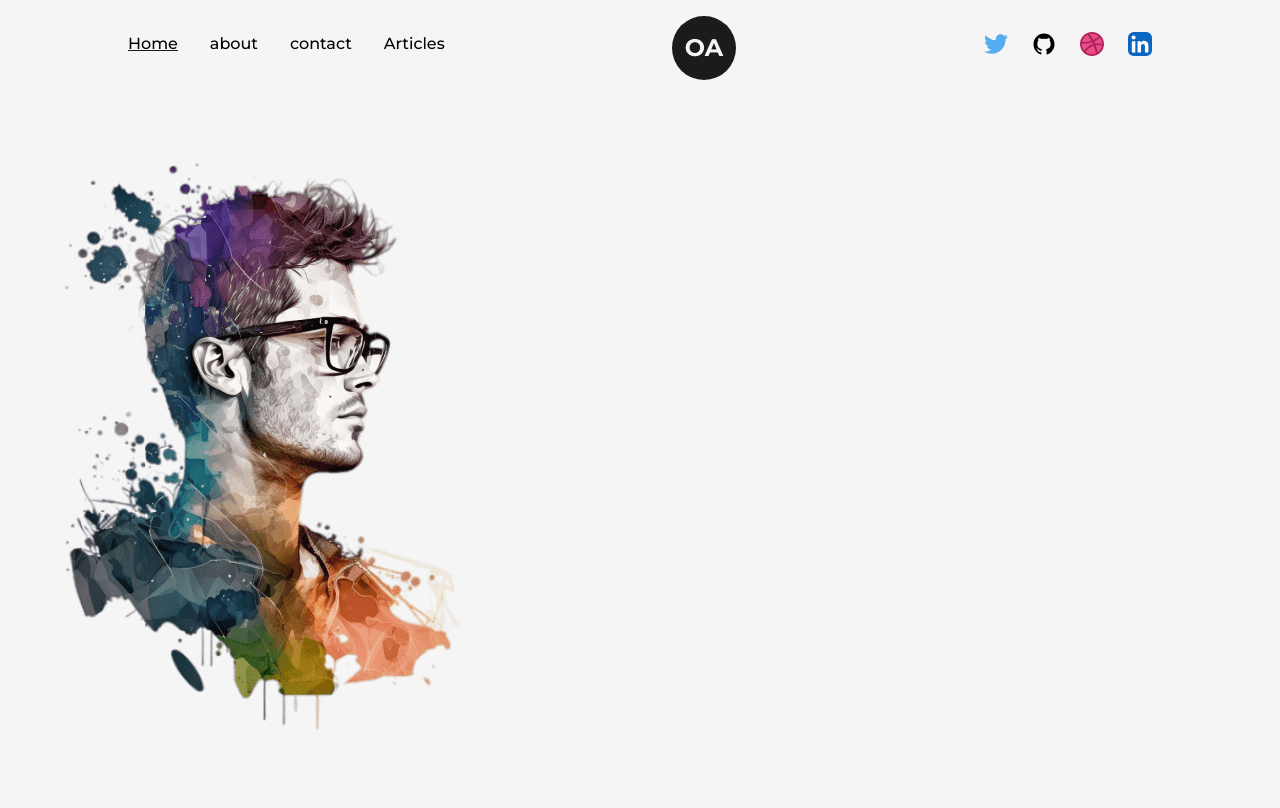
Repository: OussamaAbderraoufAttia/Next.js-Developer-Portfolio
Page: /
The author's editor kept a copy of each file at every save. The page is drawn from the files as they stood at one save, then again after the next save.
The browser window is 1280 px wide. The pictures show the whole page.
The project was rebuilt for these pictures with package versions that can differ from the ones it lists, and the page was loaded fresh each time. The framework's server and built-in components were replaced by stand-ins that run in the browser. Also part of the build but not shown: next.config.js.

Above is the page before, as saved 2023-06-24 22:59:45.

### src/pages/_app.js
import NavBar from '@/components/NavBar'
import '@/styles/globals.css'
import { Montserrat } from 'next/font/google'
import Head from 'next/head'


const montserrat = Montserrat({
  subsets: ['latin'],
  variable: "--font-mont"
})
export default function App({ Component, pageProps }) {
  return (
    <>
    <Head>
      <meta name="viewport" content="width=device-width, initial-scale=1" />
      <link rel="icon" href="/favicon.ico" />
    </Head>
    <main className={`${montserrat.variable} font-mont bg-light w-full min-h-screen`}>
      <NavBar />
      <Component {...pageProps} />
    </main>
    </>
  )
}

### src/pages/index.js
import Head from 'next/head';
import Layout from '@/components/Layout';
import Image from 'next/image';
import developerPic from '../../public/images/profile/developer-pic-1.png';

export default function Home() {
  return (
    <>
      <Head>
        <title>Oussama Abderraouf ATTIA</title>
        <meta name="description" content="Oussama Abderraouf ATTIA, 2CP student at ESI Algiers" />
      </Head>
      <main className="flex items-center text-dark w-full min-h-screen">
        <Layout>
          <div className="flex  items-center justify-between w-full">
            <div>
              <Image src={developerPic} alt="Oussama Abderraouf ATTIA" className="w-full h-auto" />
            </div>
          </div>
        </Layout>
      </main>
    </>
  );
}

### src/components/NavBar.js
import Link from "next/link";
import React from "react";
import { useRouter } from "next/router";
import Logo from "./Logo";
import   { TwitterIcon, DribbbleIcon, GithubIcon, LinkedInIcon, PinterestIcon } from "./Icons";
import { motion } from "framer-motion";

const CustomLink = ({ href, title, className="" }) => {
    const router = useRouter();
    return (
        <Link href={href} className= {`${className} relative group `}>
            {title }
            <span className={`h-[1px] inline-block bg-dark absolute left-0 bottom-0.5 group-hover:w-full
            transiion-[width] ease duration-300 ${router.asPath === href ? "w-full" : "w-0" }
            `}> &nbsp; </span>
        </Link>
    )
}


const NavBar = () => {
    return (
        <header className="w-full px-32 py-8 font-medium flex items-center justify-between">
            <nav>
                <CustomLink href="/"  title="Home" className="mr-4"/>
                <CustomLink href="/about" title="about" className="mx-4"/>
                <CustomLink href="/contact"  title="contact" className="mx-4"/>
                <CustomLink href="/Articles"  title="Articles" className="ml-4"/>
            </nav>

            <nav className="flex item-center justify-center flex-wrap">
                <motion.a href="https://twitter.com/oussamaattia245" target={"_blank"}
                whileHover={{ y:-5  }}
                whileTap={{ scale: 0.9 }}
                className="w-6 mx-3"
                >
                    <TwitterIcon />
                 </motion.a>
                <motion.a href="https://github.com/OussamaAbderraoufAttia" target={"_blank"}
                whileHover={{ y:-5  }} whileTap={{ scale: 0.9 }}
                className="w-6 mx-3"
                > <GithubIcon /> </motion.a>
                <motion.a href="https://dribbble.com/JohnLoyd" target={"_blank"}
                whileHover={{ y:-5  }} whileTap={{ scale: 0.9 }}
                className="w-6 mx-3"
                > <DribbbleIcon /> </motion.a>
                <motion.a href="https://www.linkedin.com/in/oussama-abderraouf-attia-494b32225/" target={"_blank"}
                whileHover={{ y:-5  }} whileTap={{ scale: 0.9 }}
                className="w-6 ml-3"
                > <LinkedInIcon /> </motion.a>

            </nav>
            <div className="absolute left-[50%] top-2    translate-x-[50%]">
                 <Logo />
            </div>
        </header>
    )
}

export default NavBar;

### src/components/Layout.js
import React from 'react';

const Layout = ({ children, className = "" }) => {
  return (
    <div className={` w-full h-full inline-block z-0 bg-light ${className}`}>
      {children}
    </div>
  );
};

export default Layout;

### src/components/Logo.js
import React from "react";
import Link from "next/link";
import { motion } from "framer-motion";



const MotionLink = motion(Link);
const Logo = () => {
  return (
    <div className="flex items-center justify-center mt-2">
      <MotionLink
        href="/"
        className="w-16 h-16 bg-dark text-light flex items-center justify-center rounded-full font-bold text-2xl"
        whileHover={{
            backgroundColor:["#121212", "rgba(131,58,180,1)","rgba(253,29,29,1)","rgba(252,176,69,1)","rgba(131,58,180,1)", "#121212"],
          transition: {
            duration: 1,
            repeat: Infinity,
          },
        }}
      >
        OA
      </MotionLink>
    </div>
  );
};

export default Logo;

### tailwind.config.js
/** @type {import('tailwindcss').Config} */
const {fontFamily} = require('tailwindcss/defaultTheme')

module.exports = {
  content: [
    // Or if using `src` directory:
    "./src/**/*.{js,ts,jsx,tsx,mdx}",
  ],
  theme: {
    extend: {
      fontFamily: {
        mont: ['var(--font-mont)', 'sans-serif'],
      },
        colors: {
          dark: "#1b1b1b",
          light: "#f5f5f5",
          primary: "#B63E96", // 240,86,199
          primaryDark: "#58E6D9", // 80,230,217
      },
    },
  },
  plugins: [],
}

Loaded but not shown: src/pages/_document.js (common file); src/styles/globals.css (common file); src/components/Icons.js (483 lines, source omitted)

After the next save:
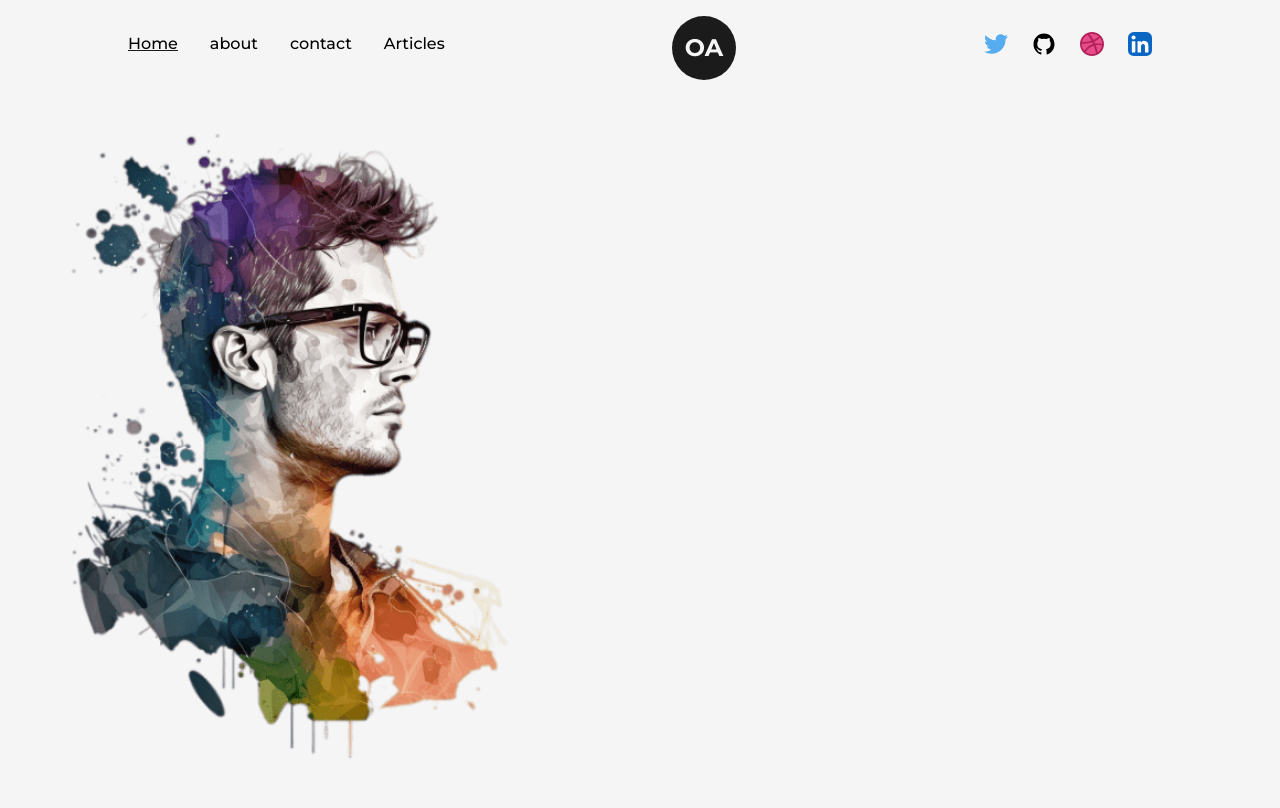
Saved 31 s later.
--- a/src/pages/index.js
+++ b/src/pages/index.js
@@ -13,7 +13,7 @@
       <main className="flex items-center text-dark w-full min-h-screen">
         <Layout>
           <div className="flex  items-center justify-between w-full">
-            <div>
+            <div className='w-1/2'>
               <Image src={developerPic} alt="Oussama Abderraouf ATTIA" className="w-full h-auto" />
             </div>
           </div>

After the save that followed:
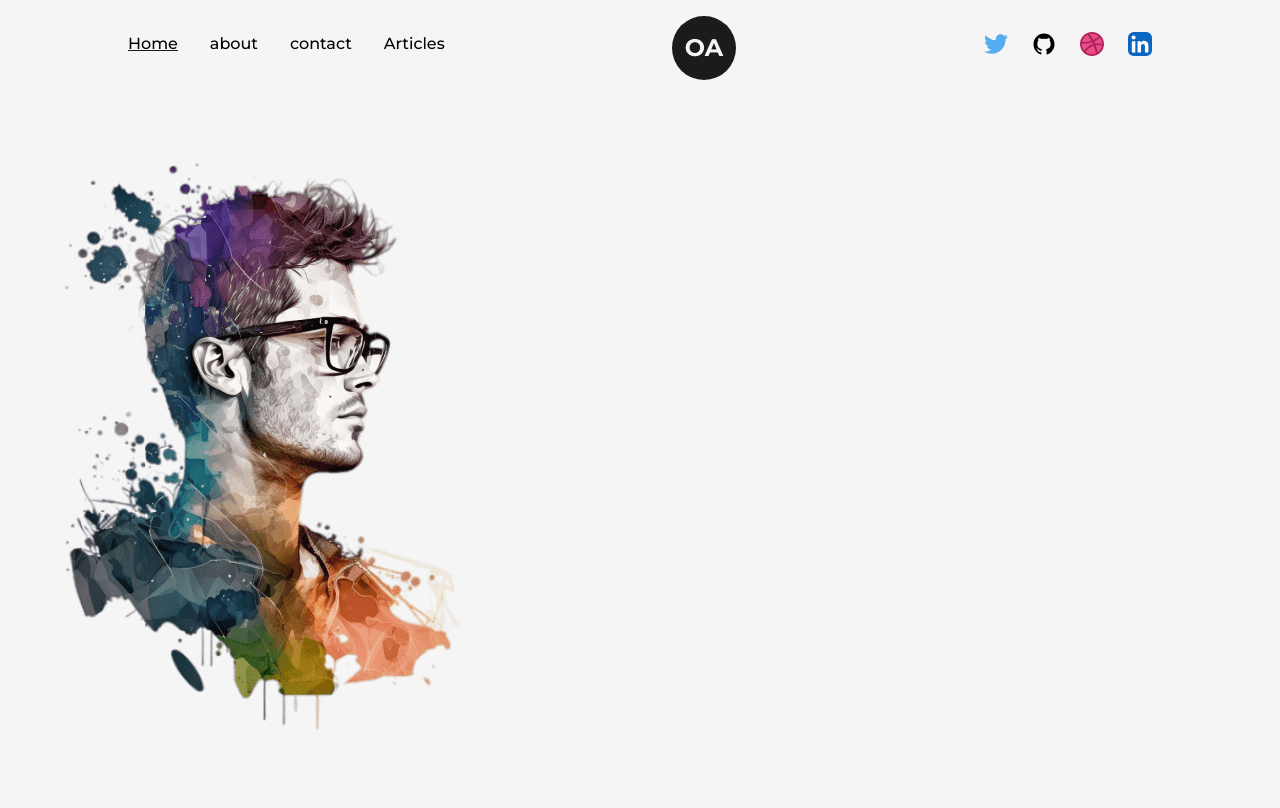
Saved 20 s later.
--- a/src/pages/index.js
+++ b/src/pages/index.js
@@ -13,7 +13,7 @@
       <main className="flex items-center text-dark w-full min-h-screen">
         <Layout>
           <div className="flex  items-center justify-between w-full">
-            <div className='w-1/2'>
+            <div className=''>
               <Image src={developerPic} alt="Oussama Abderraouf ATTIA" className="w-full h-auto" />
             </div>
           </div>
